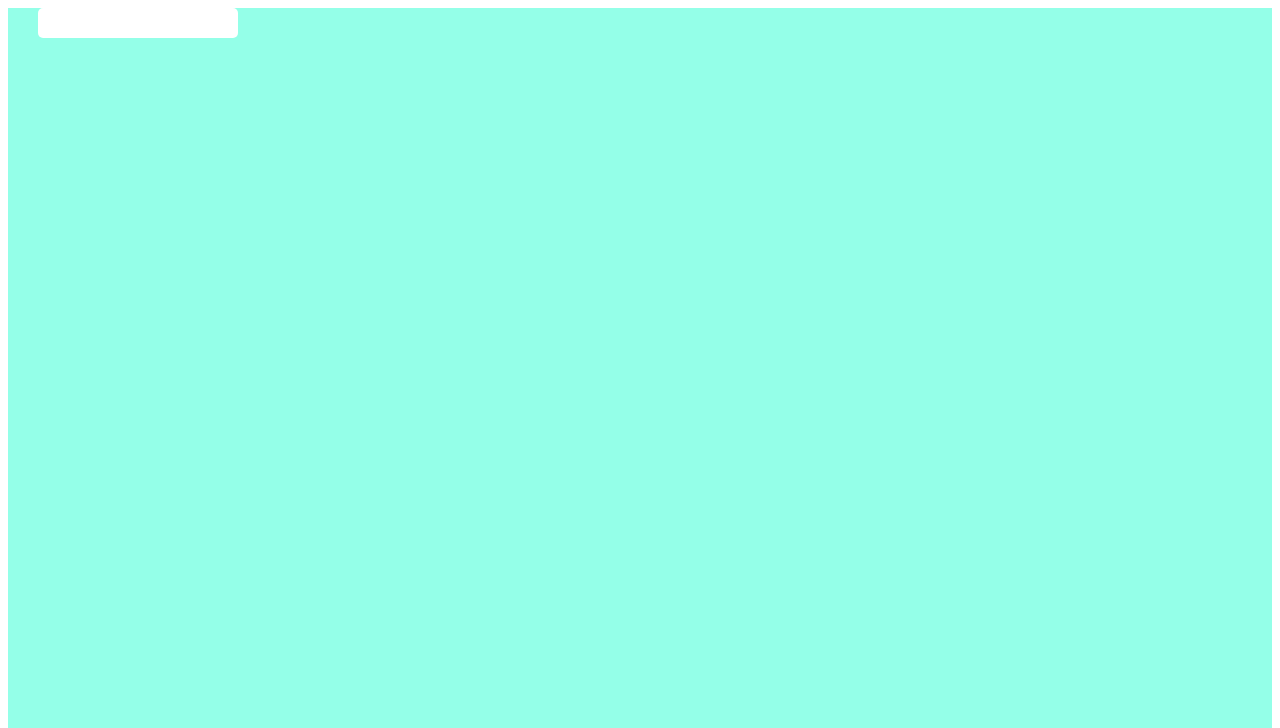
Repository: lxl0302/ClassBegin_-sound_code
Page: /#/
An editor plug-in stored every save of this project. The page is shown before and after the next save, followed by the edit.
The browser window is 1280 px wide. The pictures show the whole page.
The project was rebuilt for these pictures with package versions that can differ from the ones it lists, and the page was loaded fresh each time.

Above is the page before, as saved 2020-07-08 16:24:29.

### src/main.js
import Vue from 'vue'
import App from './App.vue'
import create from './utils/create'
import router from './router/index'

Vue.config.productionTip = false

Vue.prototype.$create =create

new Vue({
  router,
  render: h => h(App),
}).$mount('#app')

### src/App.vue
<template>
  <div id="app">
    <HelloWorld />
  </div>
</template>

<script>
import HelloWorld from './views/index'

export default {
  name: 'App',
  components: {
    HelloWorld
  }
}
</script>

<style>
  html,body{
    height: 100%;
  }
  #app {
    height: 100%;
  }
</style>

### src/utils/create.js
import Vue from 'vue';

export default function create(Component, props) {
  // 先创建实例
  const vm = new Vue({
    render(h) {
      // h就是createElement, 它返回VNode
      return h(Component, {props})
    }
  }).$mount();
  // 手动挂在dom 创建实例后 会有与实例对应的实体dom
  document.body.appendChild(vm.$el)
  // 销毁方法
  const comp = vm.$children[0];
  comp.remove = function() {
    document.body.removeChild(vm.$el); // 移除实体dom
    vm.$destroy() // 销毁实例
  }
  return comp
}

### src/router/index.js
import Vue from 'vue'
import VueRouter from 'vue-router'

// 1.安装插件
Vue.use(VueRouter)

// 2.创建vue-router实例
const router = new VueRouter({
  // 配置映射
  routes: []
})

// 3.导出
export default router

### src/views/index.vue
<template>
  <div class="zong">
    <div class="toolbar"></div>
  </div>
</template>

<script>
export default {
  name: '',
  components: {},
  data() {
    return {}
  },
  computed: {},
  mounted() {},
  methods: {}
}
</script>
<style scoped>
.zong {
  width: 100%;
  height: 100%;
  background-color: rgba(0, 255, 200, 0.418);
}
.toolbar{
  position: relative;
  margin: auto 30px;
  width: 200px;
  height: 30px;
  border-radius: 5px;
  background-color: white;
}
</style>

Loaded but not shown: public/index.html (common file)

After the next save:
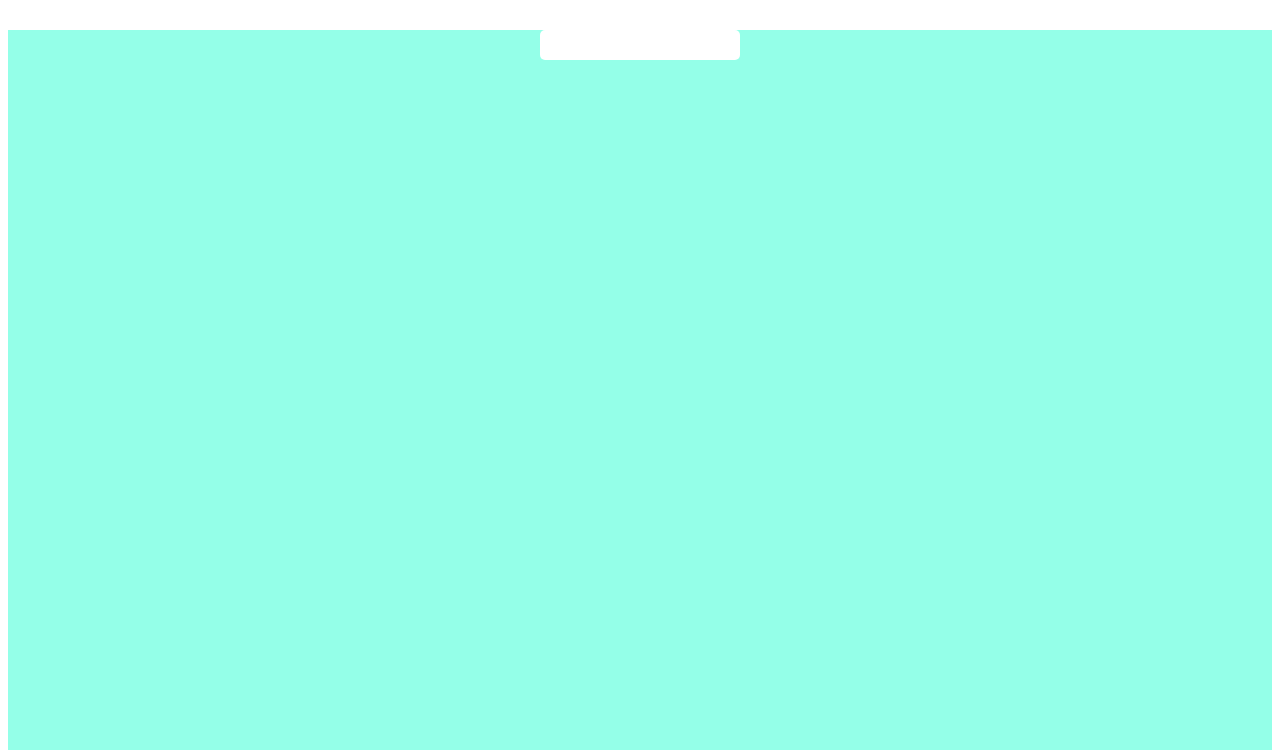
Saved 5 s later.
--- a/src/views/index.vue
+++ b/src/views/index.vue
@@ -24,7 +24,7 @@ export default {
 }
 .toolbar{
   position: relative;
-  margin: auto 30px;
+  margin: 30px auto;
   width: 200px;
   height: 30px;
   border-radius: 5px;
